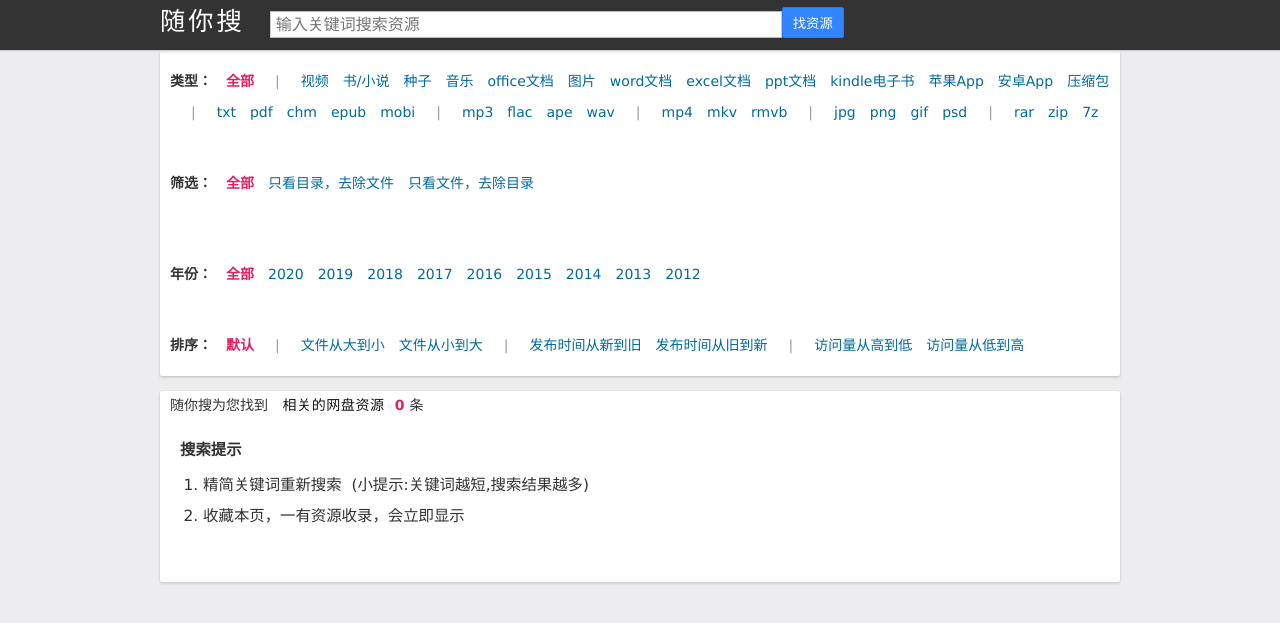
Repository: youngsailsail/nodeStudy
Page: / (app in 爬虫/前端vue/search-book/)
These files come from the project's save history. The page is drawn as it stood at one moment and after the next save; the edit follows.
The browser window is 1280 px wide. The pictures show the whole page.
The project was rebuilt for these pictures with package versions that can differ from the ones it lists, and the page was loaded fresh each time. Also part of the build but not shown: 爬虫/前端vue/search-book/vue.config.js.

Above is the page before, as saved 2020-05-09 21:49:07.

After the next save:
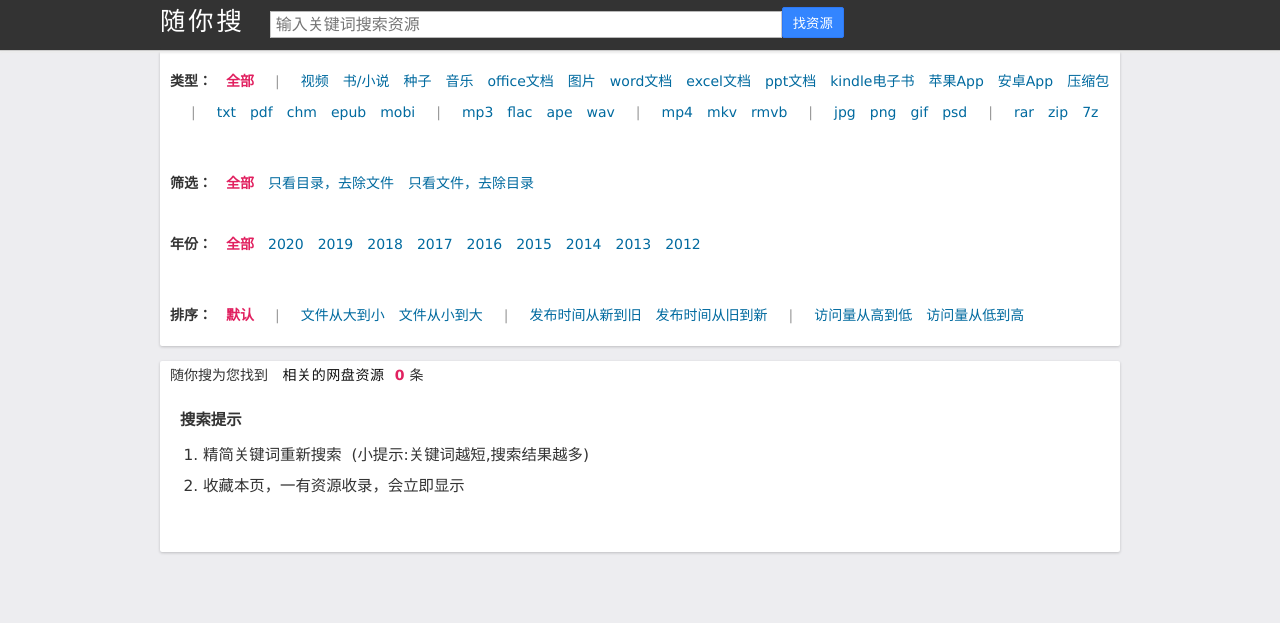
Saved 10 s later.
--- a/爬虫/前端vue/search-book/src/components/FilterBook.vue
+++ b/爬虫/前端vue/search-book/src/components/FilterBook.vue
@@ -51,7 +51,7 @@
       </div>
       <div class="sep sep3">
         <b>年份：</b>
-        <a class="on sep3 isAll" rel="nofollow" data="nd-" title="只看全部年分享的资源">全部</a>
+        <a class="on  isAll" rel="nofollow" data="nd-" title="只看全部年分享的资源">全部</a>
         <a rel="nofollow" data="y-2020" title="只看2020年分享的资源">2020</a>
         <a rel="nofollow" data="y-2019" title="只看2019年分享的资源">2019</a>
         <a rel="nofollow" data="y-2018" title="只看2018年分享的资源">2018</a>

After the save that followed:
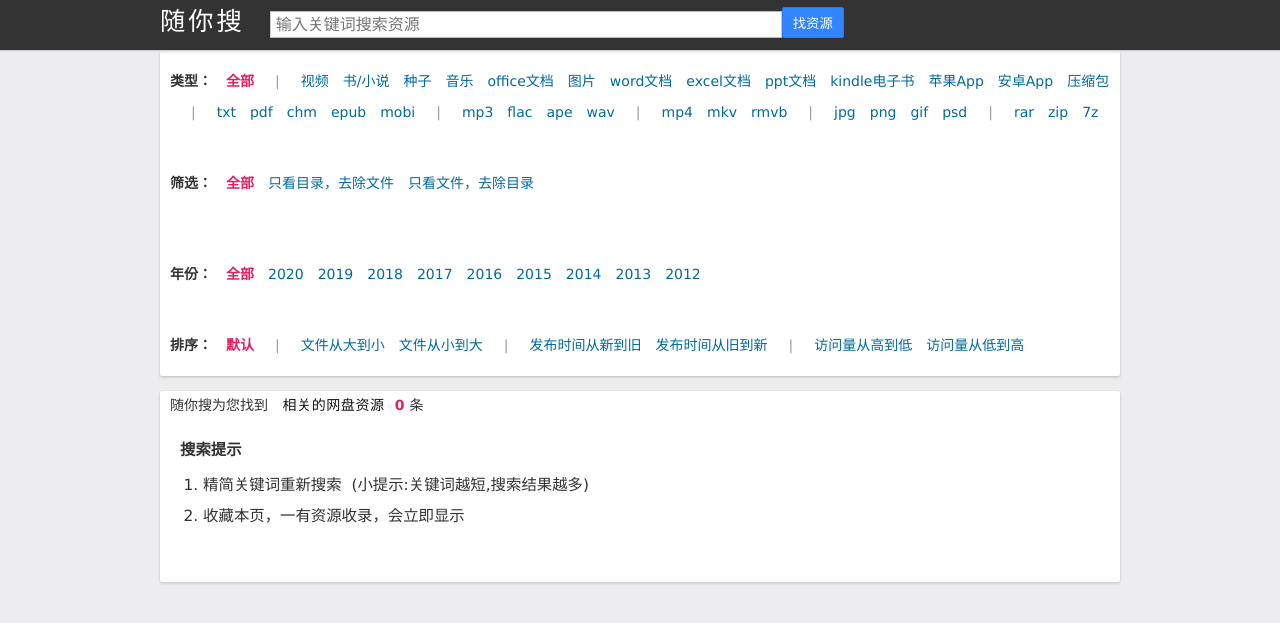
Saved 10 s later.
--- a/爬虫/前端vue/search-book/src/components/FilterBook.vue
+++ b/爬虫/前端vue/search-book/src/components/FilterBook.vue
@@ -51,7 +51,7 @@
       </div>
       <div class="sep sep3">
         <b>年份：</b>
-        <a class="on  isAll" rel="nofollow" data="nd-" title="只看全部年分享的资源">全部</a>
+        <a class="on sep3 isAll" rel="nofollow" data="nd-" title="只看全部年分享的资源">全部</a>
         <a rel="nofollow" data="y-2020" title="只看2020年分享的资源">2020</a>
         <a rel="nofollow" data="y-2019" title="只看2019年分享的资源">2019</a>
         <a rel="nofollow" data="y-2018" title="只看2018年分享的资源">2018</a>
